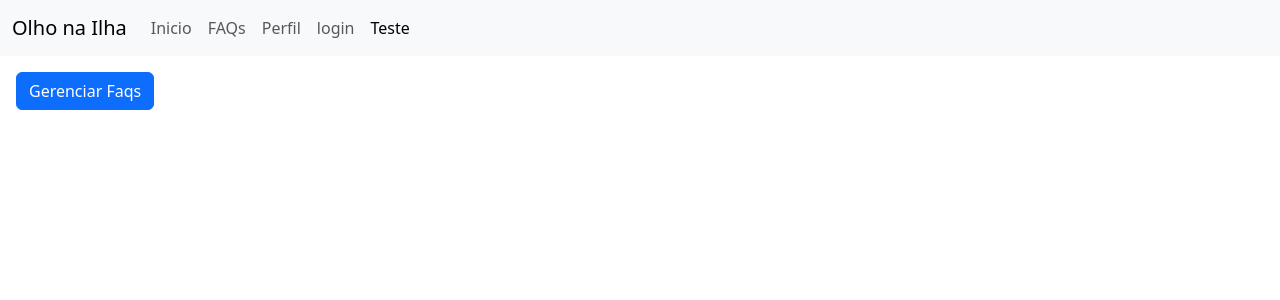
Repository: SktYzu/olhonailha
Page: http://localhost/olhonailha/views/admin/perfil.php
The author's editor kept a copy of each file at every save. The page is drawn from the files as they stood at one save, then again after the next save.
The browser window is 1280 px wide. The pictures show the whole page.
The page is run by PHP 8.4 with error messages shown; the project is at /var/www/html/.

Above is the page before, as saved 2023-11-14 16:16:11.

After the next save:
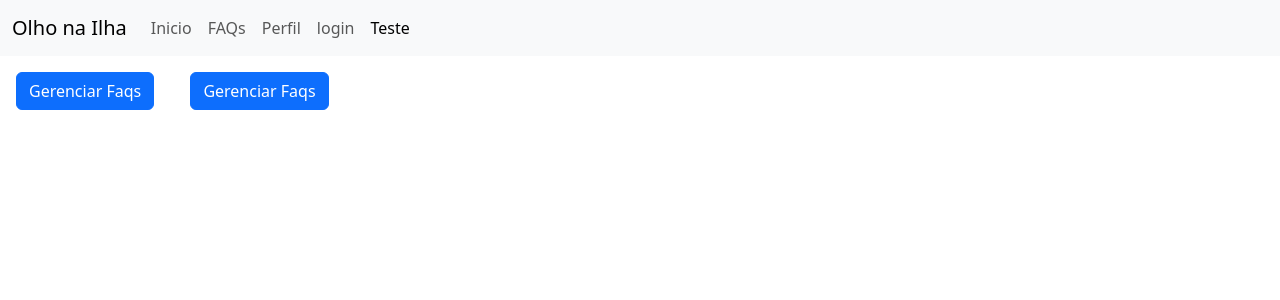
Saved 13 min 24 s later.
--- a/views/admin/perfil.php
+++ b/views/admin/perfil.php
@@ -3,3 +3,4 @@ require_once $_SERVER['DOCUMENT_ROOT'] . '/olhonailha/templates/_cabecalho.php';
 ?>
 
 <a href="/olhonailha/views/admin/faqs_listar.php" class="btn btn-primary m-3">Gerenciar Faqs</a>
+<a href="/olhonailha/views/admin/faqs_listar.php" class="btn btn-primary m-3">Gerenciar Faqs</a>
